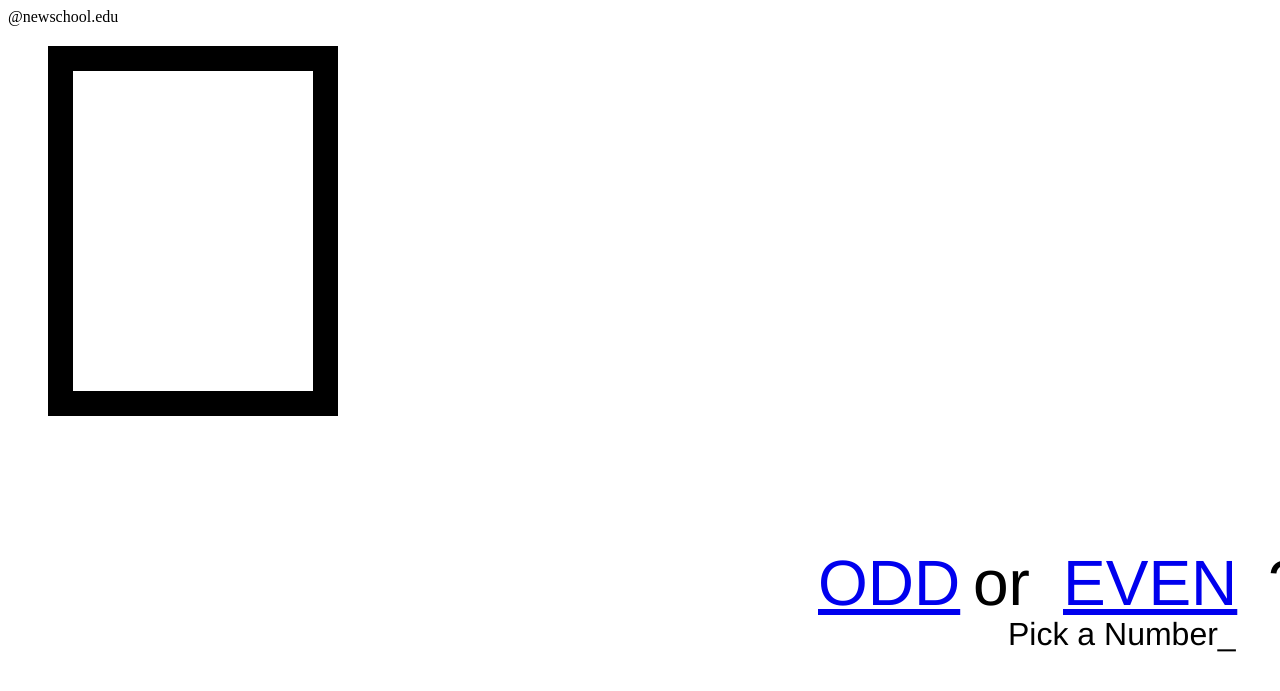
Repository: huanz488/huanz488-github.io
Page: archive/index.html
The author's editor kept a record of every edit. The page is drawn from the files as they stood at one moment, then again after the next edit.
The browser window is 1280 px wide. The pictures show the whole page.

Above is the page before.

After the next edit:
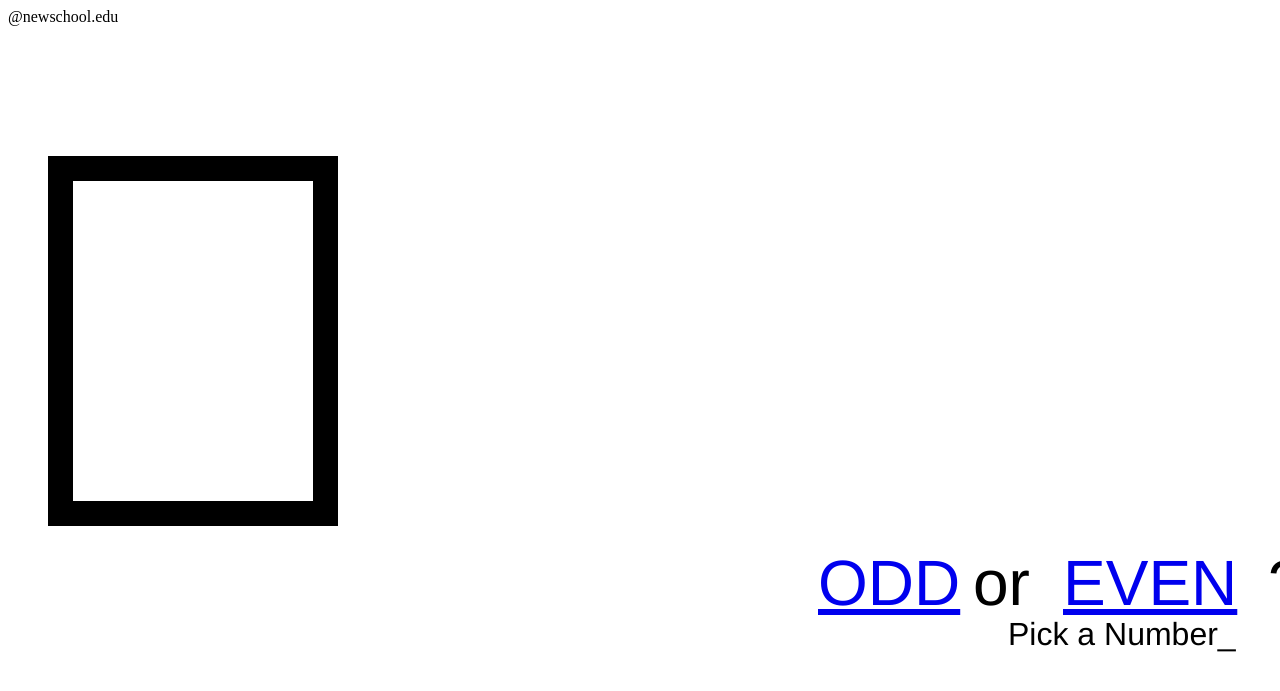
The edit:
--- a/archive/app.css
+++ b/archive/app.css
@@ -68,8 +68,8 @@
 
 .border{
 vertical-align: -webkit-baseline-middle;
-  margin-top: 20px;
-  margin-bottom: 20px;
+  margin-top: 130px;
+  margin-bottom: 10px;
   margin-left: 40px;
   margin-right: 40px;
   border-top-width: 25px;
